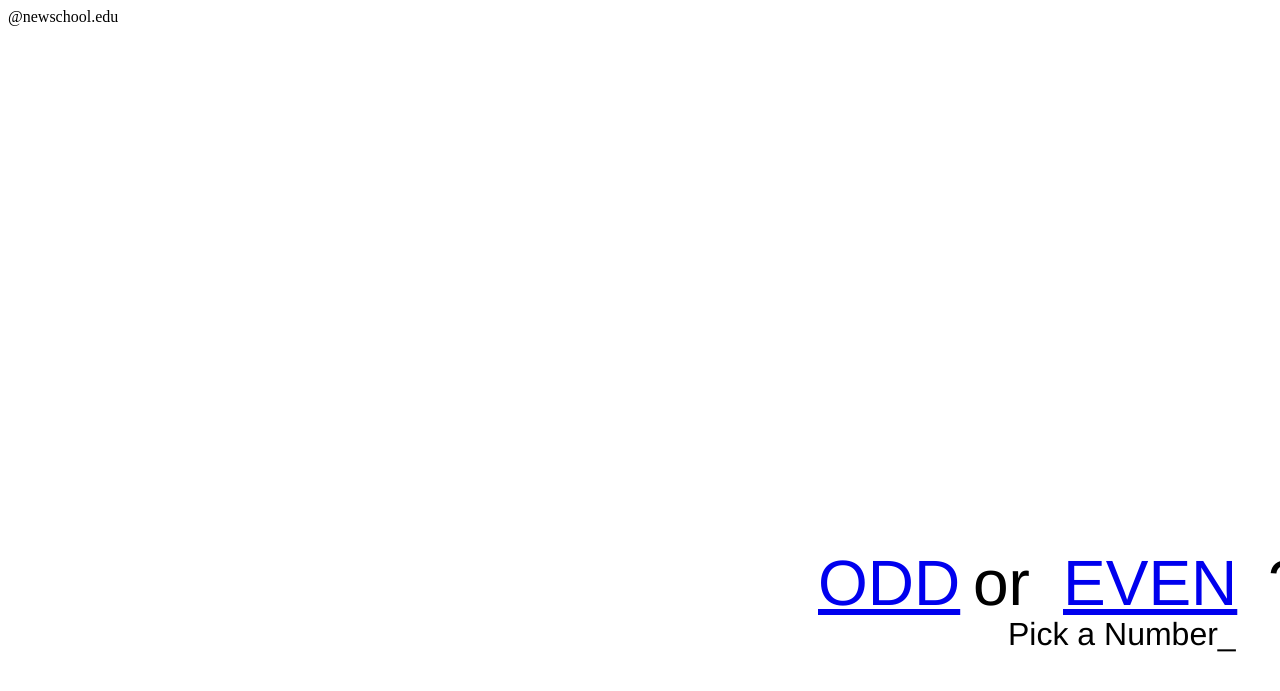
Repository: huanz488/huanz488-github.io
Page: archive/index.html
The author's editor kept a record of every edit. The page is drawn from the files as they stood at one moment, then again after the next edit.
The browser window is 1280 px wide. The pictures show the whole page.

Above is the page before.

After the next edit:
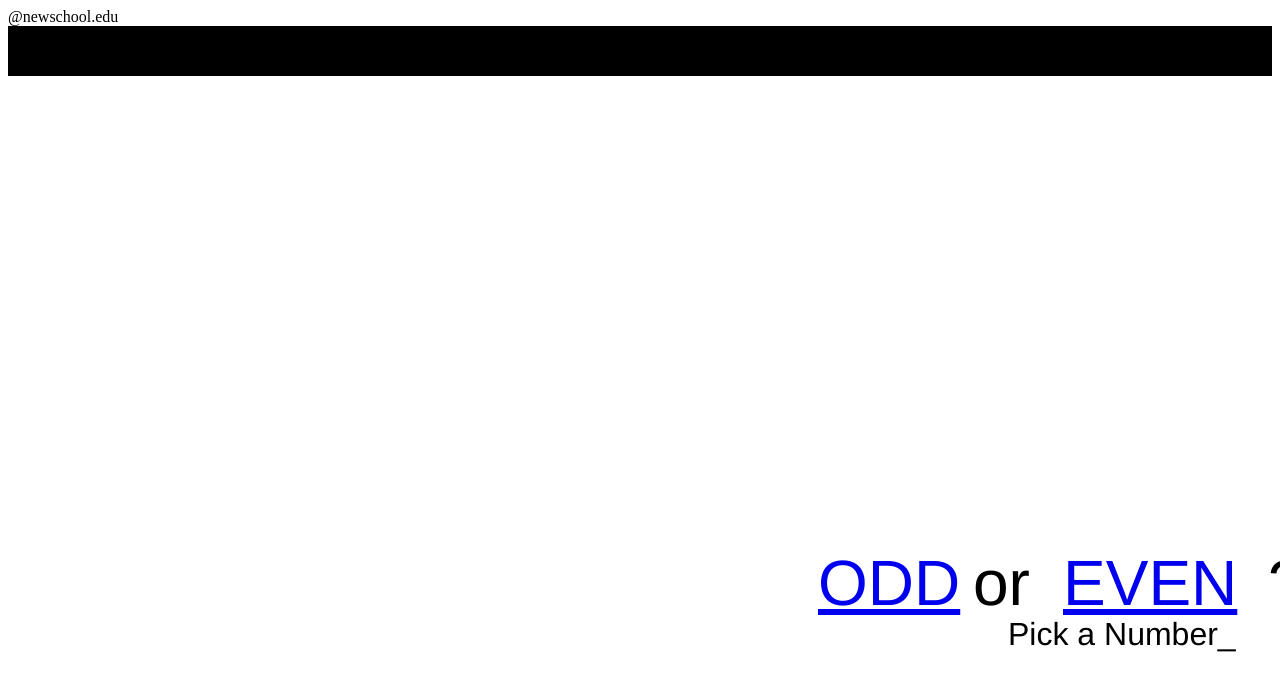
The edit:
--- a/archive/app.css
+++ b/archive/app.css
@@ -65,3 +65,13 @@
   text-decoration: underline;
   cursor: auto;
 }
+
+.border{
+  border-bottom-style: solid;
+  border-bottom-width: 25px;
+  border-left-style: solid;
+  border-left-width: 25px;
+  border-right-style: solid;
+  border-right-width: 25px;
+  border-top-style: solid;
+  border-top-width: 25px;
